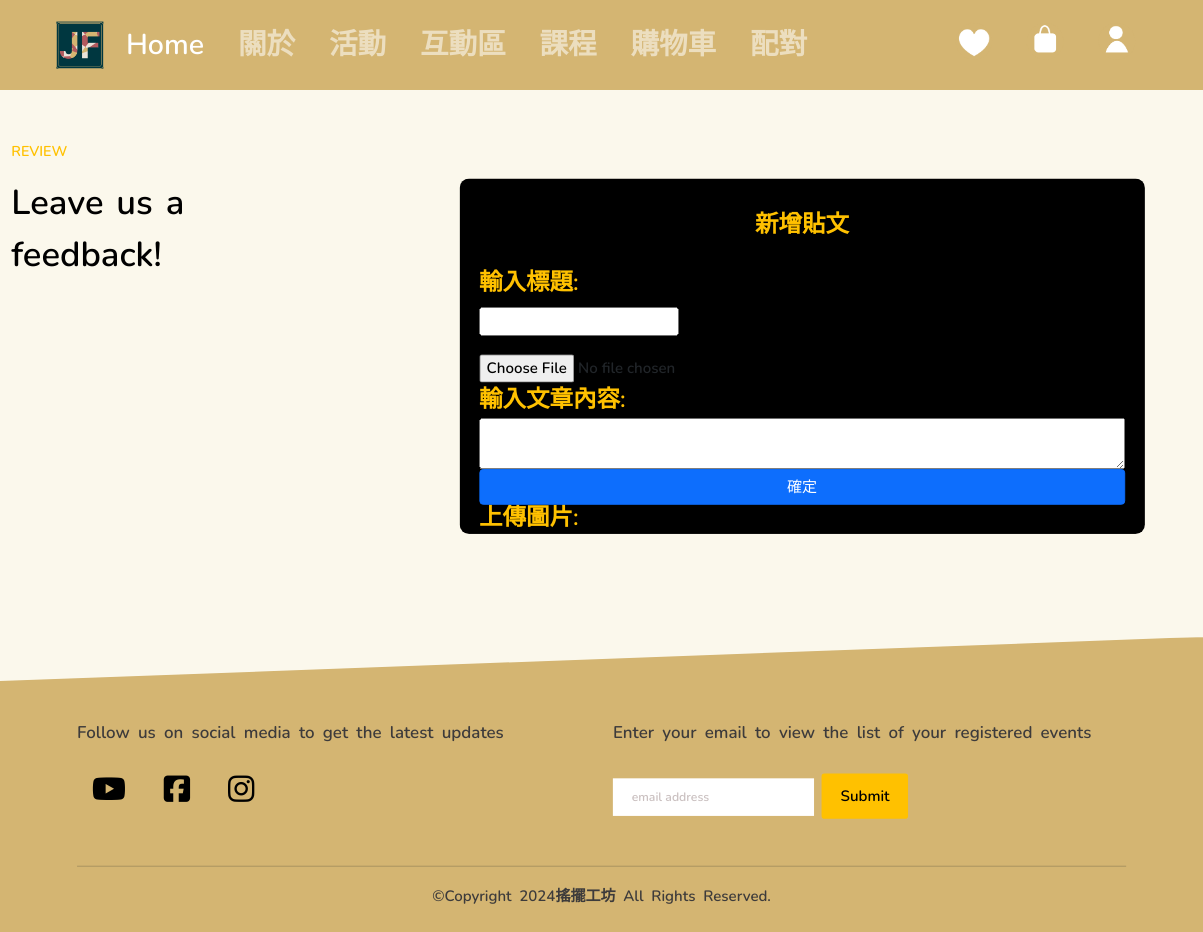
Repository: mmmooonnn0211/project
Page: workspace/demoSpringBoot-1/src/main/resources/static/html/LTInsertFront.html
These files come from the project's save history. The page is drawn as it stood at one moment and after the next save; the edit follows.
The browser window is 1280 px wide. The pictures show the whole page, at 94% of full size.
Some web libraries are served in a nearby version.

Above is the page before, as saved 2024-05-08 19:00:09.
Console error: SyntaxError: Unexpected identifier 'tsByName'

### workspace/demoSpringBoot-1/src/main/resources/static/html/LTInsertFront.html
<!DOCTYPE html>
<html lang="en">

<head>
	<meta charset="UTF-8">
	<meta name="viewport" content="width=device-width, initial-scale=1.0">
	<style>
		.main {
			min-height: 55vh;
			/* 让 .slant 至少占据整个视口高度 */

		}
	</style>
	<!-- Bootstrap CSS -->
	<link href="https://cdn.jsdelivr.net/npm/bootstrap@5.0.0-beta3/dist/css/bootstrap.min.css" rel="stylesheet"
		integrity="sha384-eOJMYsd53ii+scO/bJGFsiCZc+5NDVN2yr8+0RDqr0Ql0h+rP48ckxlpbzKgwra6" crossorigin="anonymous">
	<script src="https://kit.fontawesome.com/4287c80df9.js" crossorigin="anonymous"></script>

	<!--Google Font : Nunito-->
	<link rel="preconnect" href="https://fonts.gstatic.com">
	<link href="https://fonts.googleapis.com/css2?family=Nunito:wght@600&display=swap" rel="stylesheet">

	<!-- For style(All CSS content) -->
	<link rel="stylesheet" type="text/css" href="../styles/home.css" />
	<link rel="stylesheet" type="text/css" href="../styles/footer.css" />
	<link rel="stylesheet" type="text/css" href="../styles/navbar.css" />
	<link rel="icon" href="images/favicon.ico">

	<!-- JS Bundle for BS  -->
	<script src="https://cdn.jsdelivr.net/npm/popper.js@1.16.1/dist/umd/popper.min.js"
		integrity="sha384-9/reFTGAW83EW2RDu2S0VKaIzap3H66lZH81PoYlFhbGU+6BZp6G7niu735Sk7lN" crossorigin="anonymous">
		</script>
	<title>範本</title>
</head>


<body>



	</div>
	<!-- <section> -->
	<div class="main">
		<form method="post" action=" /LTinsertFront.controller" enctype="multipart/form-data"
			onsubmit="return validateForm();">
			<div class="container-fluid" style="margin-top: 150px;">
				<div class="row" style="margin-bottom: 100px; margin-top: 100px;">
					<div class="col-md-4" style="text-align: left;">
						<p class="review">REVIEW</p>
						<p class="feedback">Leave us a <br>feedback!</p>
					</div>
					<div class="col-sm-8">
						<div class="container" id="cards">
							<div class="card" style="margin: auto;">
								<div id="sugg" class="neon-yellow"
									style="font-weight: bold; font-size: 25px; text-align: center;">新增貼文
								</div>
								<br>
								<div id="text" class="neon-yellow" style=" font-size: 25px;">輸入標題:
								</div>
								<div style="height:50px;">
									<input id="title" name="title" />
									<div id="text" class="neon-yellow" style="font-weight: bold; font-size: 25px;">上傳圖片:
									</div>
								</div>
								<input type="file" id="picture" name="picture" />

								<div id="picture" class="neon-yellow" style="font-weight: bold; font-size:25px; ">
									輸入文章內容:
								</div>
								<textarea id="content" name="content"></textarea>


								<button type="submit" class="btn btn-primary">確定</button>
							</div>
						</div>
					</div>
				</div>
			</div>
		</form>
		<div class="container text-center">

		</div>
	</div>



	<div align="center"></div>
	<div class="container">
	</div>
	<script>
		function validateForm() {
			var replypostInput = document.getElementsByName('replypost')[0].value.trim();
			var userIdInput = document.getElemen tsByName('userId')[0].value.trim();
			var LTIdInput = document.getElementsByName('LTId')[0].value.trim();

			if (replypostInput === '' || userIdInput === '' || LTIdInput === '') {
				Swal.fire({
					icon: 'warning',
					title: '請輸入完整資訊😒',
					showConfirmButton: false,
					timer: 1500
				});
				return false;
			}
			return true;
		}
	</script>

	<script>

		fetch('basic.html')
			.then(response => response.text())
			.then(html => {
				document.body.innerHTML += html;
			});

	</script>
	<script type="text/javascript" charset="utf8"
		src="https://cdn.datatables.net/1.11.5/js/jquery.dataTables.js"></script>
	<script src="https://cdn.jsdelivr.net/npm/bootstrap@5.0.0-beta3/dist/js/bootstrap.bundle.min.js"
		integrity="sha384-JEW9xMcG8R+pH31jmWH6WWP0WintQrMb4s7ZOdauHnUtxwoG2vI5DkLtS3qm9Ekf" crossorigin="anonymous">
		</script>

</body>

</html>

### workspace/demoSpringBoot-1/src/main/resources/static/styles/home.css
/* hiding vertical scroll bar from every page */
::-webkit-scrollbar {
  width: 0 !important
}




body {
  font-family: 'Nunito', sans-serif;
  background-color: #FBF8EC;
  word-spacing: 0.25rem;
}

::selection {
  color: black;
  background: #ffc100;
}

::placeholder {
  color: rgb(202, 192, 192);
}

.neon-yellow {
  color: #ffc100;
}

.working-heading {
  font-size: 2.3rem;
  font-weight: bold;
  color: black;
}


.date-style {
  font-weight: 850;
  padding: 0 0 0.3rem 0;
}

.sub-heading {
  font-size: 1.5rem;
  font-weight: 1000;
  padding: 0 0 0.3rem 0;
}

.small-subtext {
  color: black;
  font-weight: 700;
  font-size: 1rem;
}

.process-heading {
  font-weight: 1000;
  font-size: 0.95rem;
}

.eng,
.feedback,
.some {
  font-size: 2.3rem;
  font-weight: 1000;
  color: black;
}

.center-line {
  border-left: 0.58rem solid #ffc100;
  height: 110%;
  position: absolute;
  top: 0%;
  left: 0%;
}

.padding-for-mobile {
  padding: 0 1rem 2rem 4rem;
  text-align: left;
  /*background-color:  white;*/
}

.stickyy-corner {
  position: -webkit-sticky;
  position: sticky;
  top: 0;
}

.timeline-left-style {
  color: black;
  text-align: right;
  padding: 0 4rem 0 5.2rem;
}

.timeline-right-style {
  color: black;
  text-align: left;
  position: relative;
  padding: 0 5.2rem 0 4rem;
  overflow-y: hidden;
}

.d-block {
  margin-top: 2%;
  border-radius: 7px;
  border: 3px solid rgb(245, 241, 241);
  width: 100%;
}

.chess,
.review,
.event {
  color: #ffc100;
  font-weight: 850;
  font-size: 0.95rem;
}


#text {
  font-weight: 850;
  font-size: 0.75rem;
  margin-bottom: 7px;
}

#sugg {
  font-size: 1.5rem;
  font-weight: 1000;
}

#btn {
  background-color: #ffc100;
  color: rgb(0, 0, 0);
  padding: 10px 20px;
  text-align: center;
  border: none;
  border-radius: 3px;
  display: block;
  margin: auto;
  margin-top: 15px;
  font-weight: bold;
}


#box,
#msg {
  background-color: #DDDDDD;
  border-radius: 3.5px;
  border: none;
  margin-bottom: 12px;
  width: 100%;
}

#msg {
  height: 120px;
}

#box {
  height: 35px;
}

#spon {
  color: black;
  margin-top: 60px;
  display: flex;
  justify-content: space-evenly;
  align-items: center;
  font-weight: bold;
  margin-bottom: 20px;
}

.image {
  height: 100px;
}

.image3 {
  height: 250px;
  overflow-y: hidden;
}

.pic1,
.pic2 {
  font-weight: bold;
  font-size: medium;
}

.pic1 {
  margin-top: 20px;
}

.column {
  display: flex;
  flex-direction: column;
  justify-content: space-evenly;
  align-items: center;
}

.columns {
  display: flex;
  flex-direction: column;
  justify-content: center;
  align-items: flex-start;
}

.pic2 {
  color: gray;
  font-size: small;
}

.event,
.some,
.last,
.pic,
.pic1,
.pic2 {
  display: flex;
  justify-content: space-evenly;
  align-items: center;
}

.subhead {
  color: black;
  font-size: 3rem;
  overflow-y: hidden;
}

.active {
  color: #ffc100;
}

.active:hover {
  color: #ffc100;
}

p {
  color: black;
}

.title-img {
  width: 25%;
  margin-left: 8%;
  transform: rotate(10deg);
}

.hover {
  color: #ffc100;
}

.title-img3 {
  width: 25%;
  transform: rotate(-10deg);
}

.title-img2 {
  width: 35%;
  padding-right: 5%;
  padding-left: 5%;


}

.carousel-img-styles {
  border: 0.13rem solid black;
  border-radius: 1rem;
}

h1 {
  font-size: 5rem;
  line-height: 1.5;
  font-weight: 900;
}

#title {
  margin-bottom: 11rem;
}

.col-lg-3 {
  padding-left: 3rem;
}

.ex-btn {
  margin-top: 2.5rem;
  margin-bottom: 30px;
}

.carousel-container {
  width: 55%;
}

#cards {
  padding: 10px 50px;
}

.card {
  background-color: black;
  border-radius: 10px;
  /* display: block;
    margin: auto;
    font: 16px;
    width:55%; */
  padding: 30px 20px;

}

@media only screen and (max-width: 767px) {
  .small-subtext {
    font-size: 0.8rem;
  }

  .padding-for-mobile {
    padding: 0 0 4rem 2rem;
  }

  /*
  .sticky-corner {
    position: static;
  }
  */
  #cards {
    padding: 0px 20px;
  }


  .sub-heading {
    font-size: 1.3rem;
  }

  .process-heading {
    font-size: 0.85rem;
  }

  .working-heading {
    font-size: 1.5rem;
  }

  .timeline-left-style {
    padding: 0 2.5rem 0 3rem;
  }

  .timeline-right-style {
    padding: 0 3rem 0 2.5rem;
  }

  #spon {
    font-size: 1.5rem;
  }

  .some,
  .eng,
  .feedback {
    font-size: 1.5rem;
  }

  .card {
    width: 100%;
  }

  .pic {
    flex-direction: column;
  }

  .carousel-container {
    width: 85%;
  }
}

@media only screen and (max-width: 575px) {

  .title-img,
  .title-img3 {
    display: none;
  }

  .title-img2 {
    display: block;
    margin: auto;
    width: 100%;
    padding: 50px;
  }
}

@media only screen and (max-width: 375px) {


  .date-style {
    font-size: 0.8rem;
  }

  .sub-heading {
    font-size: 0.9rem;
  }

  .small-subtext {
    font-size: 0.7rem;
  }

  .timeline-left-style {
    padding: 0 1.6rem 0 2rem;
  }

  .timeline-right-style {
    padding: 0 2rem 0 2rem;
  }
}

### workspace/demoSpringBoot-1/src/main/resources/static/styles/footer.css
/*
hiding vertical scroll bar from every page
*/
::-webkit-scrollbar {
    width: 0 !important
}




.slant {
    /* width: 110%;
    background-color: #DDDDDD;
    transform: rotate(-3deg);
    height: 100px; */
    clip-path: polygon(0 15%, 100% 0, 100% 100%, 0 100%);
  }

  .container{
    margin-top: 30px;
  }

  .left, .right {
    font-size: large;
    font-weight: bold;
    margin-top: 50px;
    color: rgb(61, 59, 59);
    margin-bottom: 30px;
  }

  .below {
    background-color:#D4B572;
    position: relative;
    padding-top: 8px;
    padding-bottom: 6px;
    width: 100%;
    height: 100%;
  }

  #mail {
    border: none;
    height: 30px;
    padding: 20px;
    font-size: small;
    font-weight: bold;
  }

  #bttn {
    background-color: #ffc100;
    color: black;
    padding: 12px 20px;
    text-align: center;
    border: none;
    border-radius: 3px;
    font-weight: bold;
  }


  .fa-youtube:hover{
    color: rgb(230, 59, 59);
    transition: 0.5s;
  }

  .fa-twitter:hover, .fa-facebook-square:hover{
    color: rgba(18, 212, 212, 0.596);
    transition: 0.5s;
  }

  .fa-instagram:hover{
    color: rgb(218, 30, 61);
    transition: 0.5s;
  }

  .fa-github{
    color: rgb(43, 36, 36);
    transition: 0.5s;
  }

  .fab {
    padding: 0 1rem 0 1rem;
    font-size: 2rem;
    color: black;
  }

  .last {
    font-weight: 900;
    color: rgb(61, 59, 59);
    margin: 20px;
    display: flex;
  justify-content: space-evenly;
  align-items: center;
  }

  @media only screen and (max-width: 767px) {
    .slant{
      clip-path: polygon(0 5%, 100% 0, 100% 100%, 0 100%);
    }
  }

  @media only screen and (max-width: 375px) {
    .slant{
      clip-path: polygon(0 5%, 100% 0, 100% 100%, 0 100%);
    }
  }

### workspace/demoSpringBoot-1/src/main/resources/static/styles/navbar.css
/* 鼠標移動導覽列*/
.nav-item :hover {
  color: rgb(255, 128, 128);
  cursor: pointer;
  background-color: #B15A5E;
  border-radius: 10px;
}

.navbar a {
  color: #ff2600a2;
  border-radius: 10px;
}


.navbar {
  padding: 1rem 2rem;
  position: fixed;
  z-index: 100;
  width: 100%;
  margin: 0;
  top: 0;
  left: 0;
  background-color: #D4B572;
}

.nav-item {
  padding: 0 20px 0 0;
}

.nav-link {
  font-size: 1.9rem;
  font-weight: 900;

}


.dropdown-item,
.dropdown-menu {
  background-color: #B15A5E;
  color: #BF3F41;
  ;
  margin: 0;
}






.dropdown-menu a {
  color: white;
  ;
  text-decoration: none;
  display: block;
  text-align: left;
}

### workspace/demoSpringBoot-1/src/main/resources/static/html/basic.html
<!doctype html>
<html lang="en">

<head>
    <!-- Required meta tags -->
    <meta charset="utf-8">
    <meta name="viewport" content="width=device-width, initial-scale=1">




    <title>JFSwing</title>
</head>

<body>

    <!-- Shashank's Section -->
    <!-- <section class="title"> -->
    <!-- Navbar section -->
    <nav class="navbar navbar-expand-lg navbar-dark">
        <!-- <LOGO> -->
        <div class="container-fluid">
            <div width="50px" height="50px">
                <a class="m-3" href="index.html"> <img src="../images/LOGO.png" width="50px" height="50px"
                        alt="Eternals">
                </a>
                <button class="navbar-toggler" type="button" data-bs-toggle="collapse" data-bs-target="#navbarCollapse"
                    aria-controls="navbarCollapse" aria-expanded="false" aria-label="Toggle navigation">
                    <span class="navbar-toggler-icon"></span>
                </button>
            </div>
            <div class="collapse navbar-collapse" id="navbarCollapse">
                <ul class="navbar-nav ">
                    <li class="nav-item">
                        <a class="nav-link active" href="frontPage.html">Home </a>
                    </li>
                    <li class="nav-item">
                        <a class="nav-link" href="about.html">關於</a>
                    </li>
                    <li class="nav-item">
                        <a class="nav-link" href="EventAll.html">活動</a>
                    </li>
                    <li class="nav-item">
                        <a class="nav-link" href="/LTSelectAll2">互動區</a>
                    </li>
                    <li class="nav-item">
                        <a class="nav-link" href="contact.html">課程</a>
                    </li>
                    <li class="nav-item">
                        <a class="nav-link" href="">購物車</a>
                    </li>
                    <li class="nav-item">
                        <a class="nav-link" href="">配對</a>
                    </li>

                </ul>

            </div>

            <!-- <右上角的東西> -->
            <div class="navbar-nav justify-content-end">
                <ul class="navbar-nav">
                    <li class="nav-item">
                        <div class="m-2 rounded-circle overflow-hidden align-self-center ratio ratio-1x1"
                            style="width: 40px">
                            <img src="../images/LOVE.png" alt="" class="object-fit-cover w-100 h-100" />
                        </div>
                    </li>
                    <li class="nav-item">
                        <div class="m-2 rounded-circle overflow-hidden align-self-center ratio ratio-1x1"
                            style="width: 40px">
                            <img src="../images/SHOP.png" alt="" class="object-fit-cover w-100 h-100" />
                        </div>
                    </li>
                    <li class="nav-item">
                        <a href="#" target="_blank"
                            class="m-2 rounded-circle overflow-hidden align-self-center ratio ratio-1x1"
                            style="width: 40px; display: inline-block;">
                            <img src="../images/MAN.png" alt="Facebook" class="object-fit-cover w-100 h-100" />
                        </a>
                    </li>

                </ul>

            </div>
        </div>
    </nav>

    <!-- Title -->
    <!-- <中間> -->



    <!-- footer-->
    <div class="slant footer-content mt-auto">

        <footer class="below">
            <div class="container">
                <div class="row">
                    <div class="col-lg-6">
                        <p class="left">Follow us on social media to get the latest updates</p>
                        <a href="#"><i class="fab fa-youtube"></i></a>
                        <a href="https://www.facebook.com/apple.hi.77?mibextid=kFxxJD"><i
                                class="fab fa-facebook-square"></i></a>
                        <a href="#"><i class="fab fa-instagram"></i></a>

                    </div>
                    <div class="col-lg-6">
                        <p class="right">Enter your email to view the list of your registered events</p>
                        <input id="mail" placeholder="email address">
                        <span><button id="bttn">
                                Submit </button></span>
                    </div>
                </div>
                <hr style="margin-top: 50px;">
            </div>
            <div class="last">&copy;Copyright 2024搖擺工坊 All Rights Reserved.</div>
        </footer>

    </div>



</body>

</html>

After the next save:
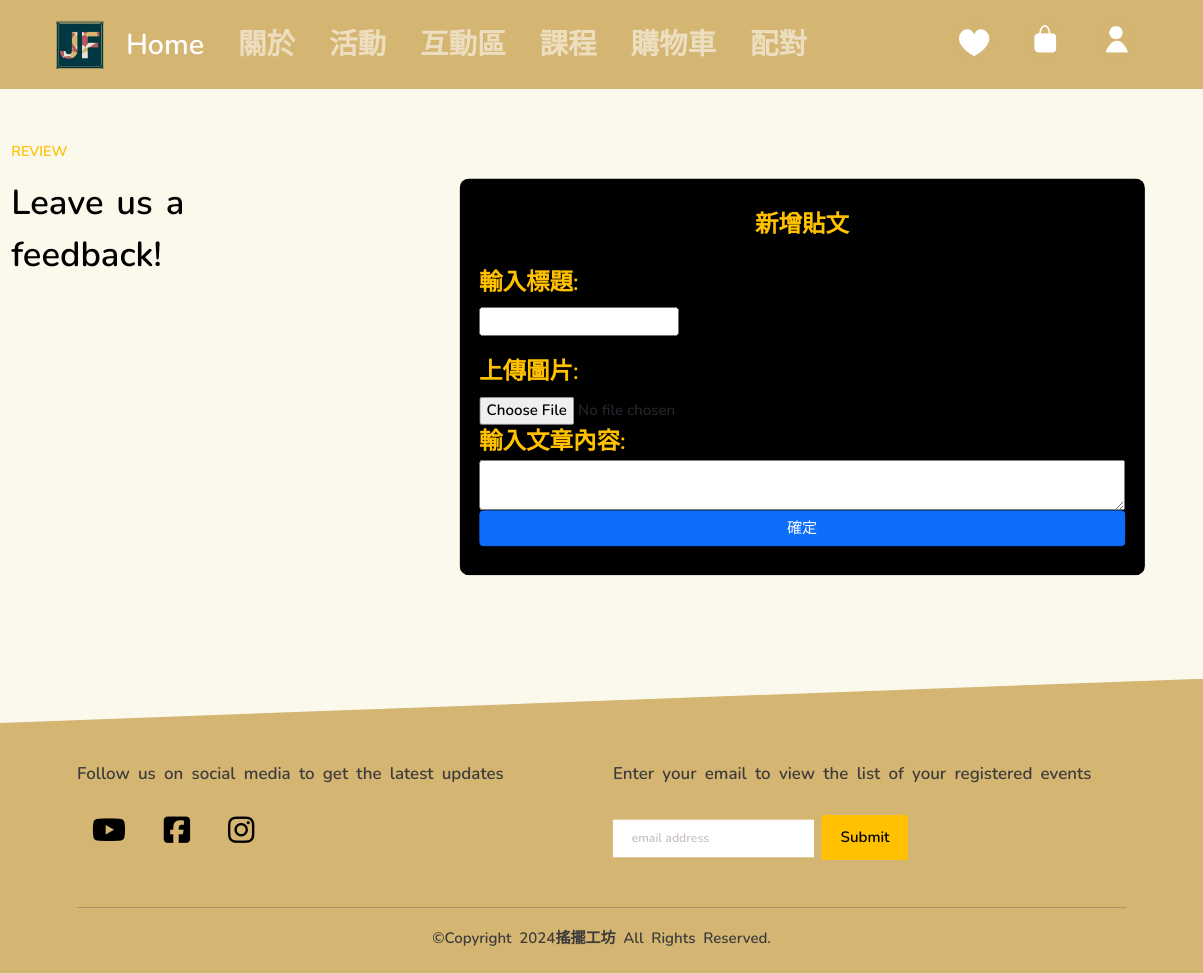
Saved 33 s later.
--- a/workspace/demoSpringBoot-1/src/main/resources/static/html/LTInsertFront.html
+++ b/workspace/demoSpringBoot-1/src/main/resources/static/html/LTInsertFront.html
@@ -60,8 +60,8 @@
 								</div>
 								<div style="height:50px;">
 									<input id="title" name="title" />
-									<div id="text" class="neon-yellow" style="font-weight: bold; font-size: 25px;">上傳圖片:
-									</div>
+								</div>
+								<div id="text" class="neon-yellow" style="font-weight: bold; font-size: 25px;">上傳圖片:
 								</div>
 								<input type="file" id="picture" name="picture" />
 
